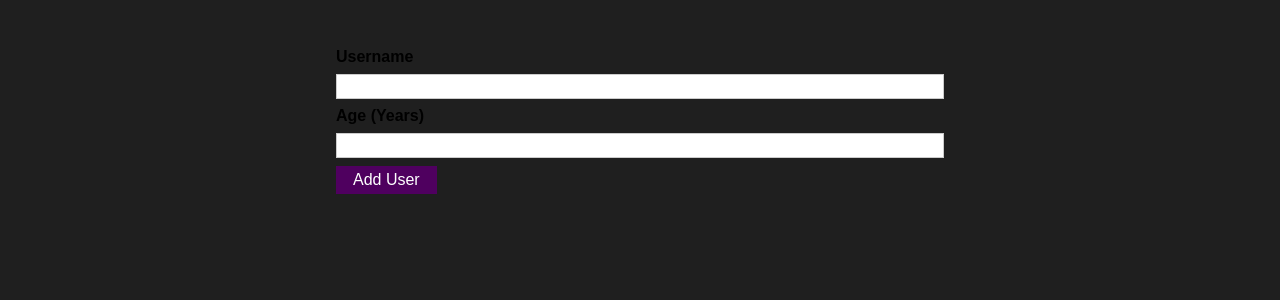
Repository: otvertka/MSC_4
Page: /
An editor plug-in stored every save of this project. The page is shown before and after the next save, followed by the edit.
The browser window is 1280 px wide. The pictures show the whole page.
The project was rebuilt for these pictures with package versions that can differ from the ones it lists, and the page was loaded fresh each time. Also part of the build but not shown: src/components/Card/Card.modules.css.

Above is the page before, as saved 2023-07-05 16:33:20.

After the next save:
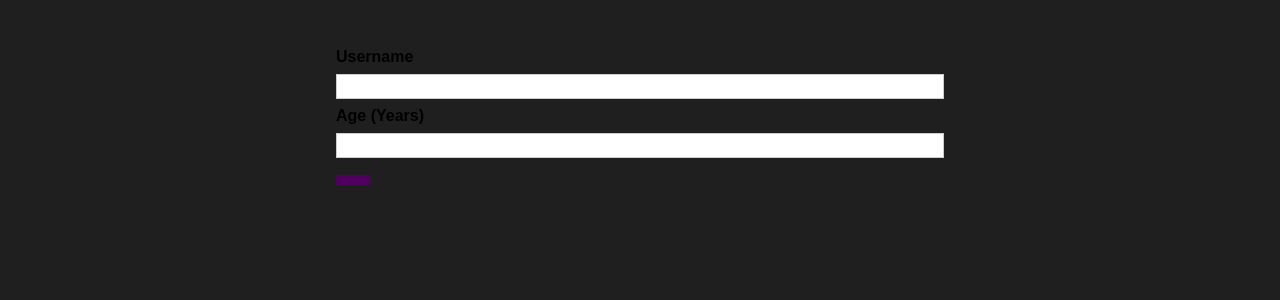
Saved 104 s later.
--- a/src/components/Button/Button.js
+++ b/src/components/Button/Button.js
@@ -7,7 +7,7 @@ const Button = (props) => {
       className={classes.button}
       onClick={props.onClick}
     >
-      Add User
+      {props.children}
     </button>
   );
 };

After the save that followed:
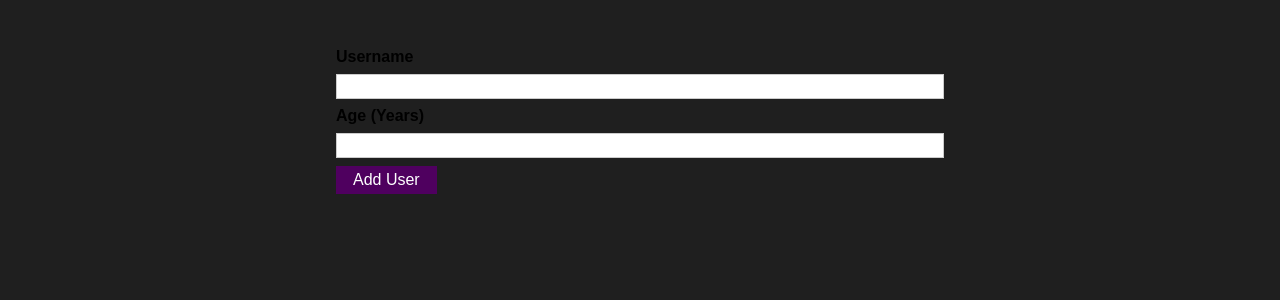
Saved 113 s later.
--- a/src/components/AddUser/AddUser.js
+++ b/src/components/AddUser/AddUser.js
@@ -16,7 +16,7 @@ const AddUser = (props) => {
         <label htmlFor="age">Age (Years)</label>
         <input id="age" type="number" />
 
-        <Button />
+        <Button type="submit">Add User</Button>
       </form>
     </Card>
   );
